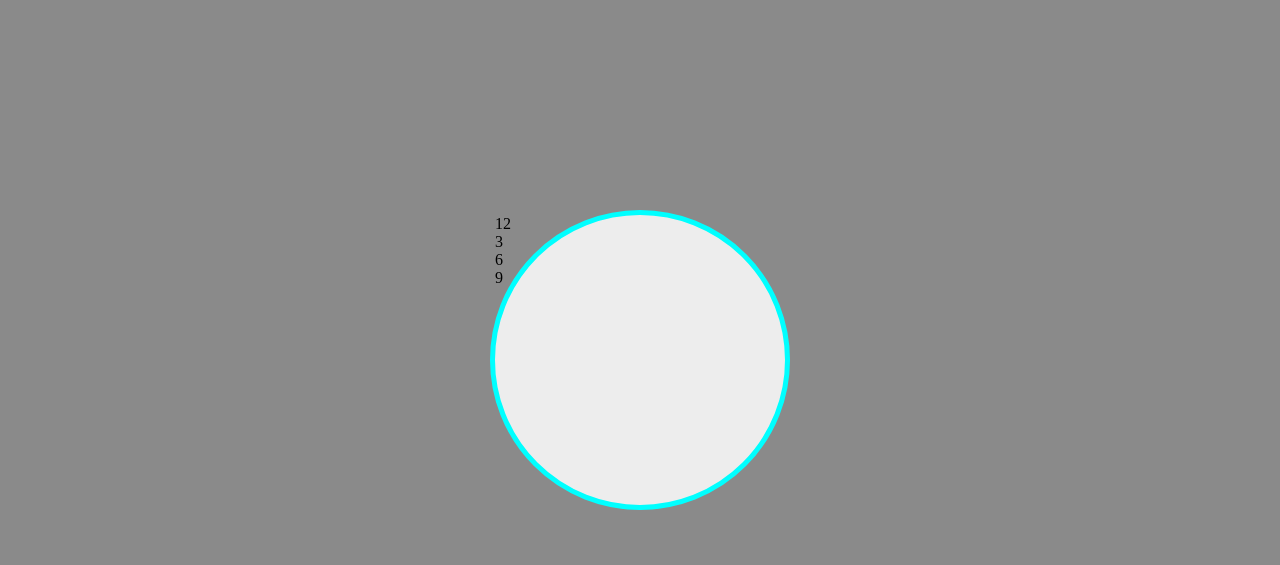
Repository: ChenWarren/web-clock
Page: index.html
These files come from the project's save history. The page is drawn as it stood at one moment and after the next save; the edit follows.
The browser window is 1280 px wide. The pictures show the whole page.

Above is the page before, as saved 2021-03-18 20:46:27.

### index.html
<!DOCTYPE html>
<html lang="en">
<head>
    <meta charset="UTF-8">
    <meta http-equiv="X-UA-Compatible" content="IE=edge">
    <meta name="viewport" content="width=device-width, initial-scale=1.0">
    <link rel="stylesheet" href="main.css">
    <title>Clock</title>
</head>
<body>
    <main class="clock">
        <div class="hour"></div>
        <div class="minute"></div>
        <div class="second"></div>

        <div class="number">
            <div class="num_1">12</div>
        </div>
        <div class="number">
            <div class="num_3">3</div>
        </div>
        <div class="number">
            <div class="num_1">6</div>
        </div>
        <div class="number">
            <div class="num_1">9</div>
        </div>

        <div class="dot"></div>
        <div class="dot"></div>
        <div class="dot"></div>
        <div class="dot"></div>
        <div class="dot"></div>
        <div class="dot"></div>
        <div class="dot"></div>
        <div class="dot"></div>
    </main>

    <script src="clock.js"></script>

</body>
</html>

### main.css
* {
    margin: 0;
    padding: 0;
    box-sizing: border-box;
}

body {
    background-color: rgb(138, 138, 138);
    display: flex;
    justify-content: center;
    align-items: center;
    width: 100vw;
    height: 100vh;
    overflow: hidden;
}

.clock {
    width: 300px;
    height: 300px;
    background-color: rgba(255, 255, 255, 0.85);
    border-radius: 50%;
    border: cyan solid 5px;
}

Loaded but not shown: clock.js (no copy from this time; the picture is the same without it)

After the next save:
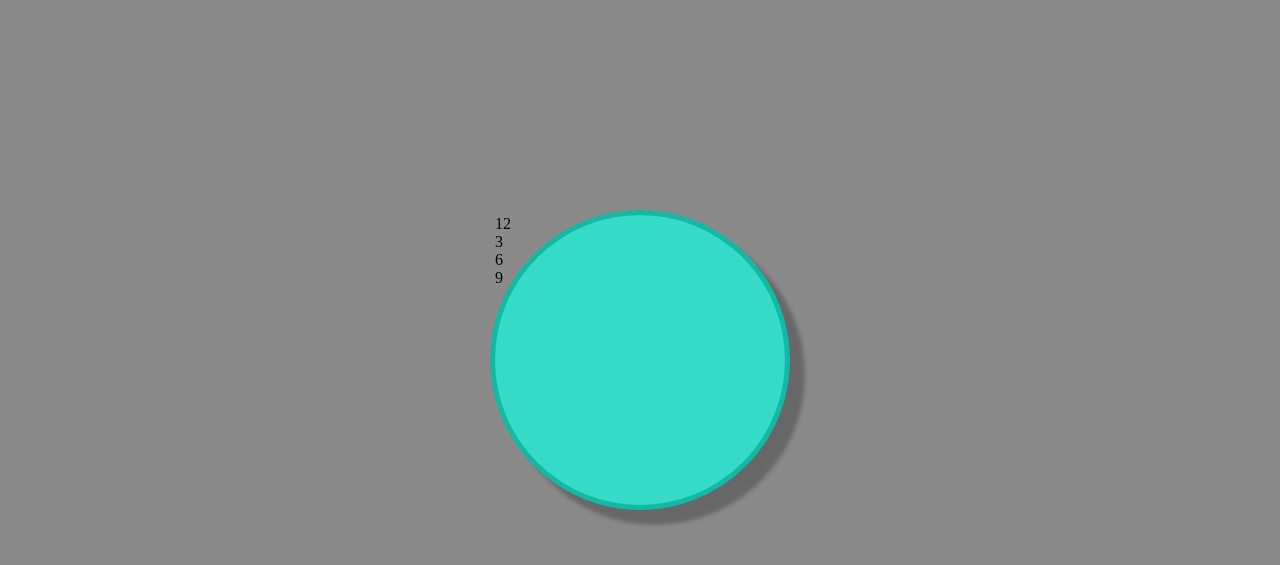
Saved 43 s later.
--- a/main.css
+++ b/main.css
@@ -19,5 +19,8 @@ body {
     height: 300px;
     background-color: rgba(255, 255, 255, 0.85);
     border-radius: 50%;
-    border: cyan solid 5px;
+    background: #37DCC8;
+border: 5px solid #14B9A5;
+box-sizing: border-box;
+box-shadow: 15px 15px 4px rgba(0, 0, 0, 0.25);
 }
